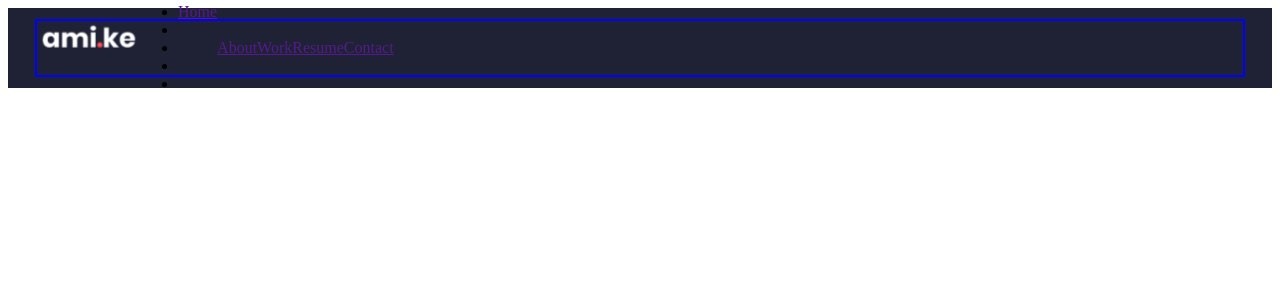
Repository: imokha01/HTML
Page: index.html
An editor plug-in stored every save of this project. The page is shown before and after a run of saves, followed by the edit.
The browser window is 1280 px wide. The pictures show the whole page.

Above is the page before, as saved 2023-11-18 13:09:31.

### index.html
<!DOCTYPE html>
<html lang="en">
<head>
    <meta charset="UTF-8">
    <meta name="viewport" content="width=device-width, initial-scale=1.0">
    <title>My Web Page</title>
    <link rel="stylesheet" href="./index.css">
</head>
<body>
    <!-- NAVIGATION BAR -->
    <header class="banner">
        <div class="nav_bar">
            <a href="#home"><img src="./assets/logo.png" alt="logo" id="logo"></a>
            <nav class="links">
                <ul>
                    <li> <a href="" id="home">Home</a></li>
                    <li></li>
                    <li></li>
                    <li></li>
                    <li></li>
                </ul>

                <a href="">About</a>
                <a href="">Work</a>
                <a href="">Resume</a>
                <a href="">Contact</a>
            </nav>
        </div>
    </header>

      <!-- HOME PAGE-->
      <!-- <div class="home_page">
        <div>
            <div>
                <p>Hello, I'am</p>
                <h1>Ahmed Wahab</h1>
                <span>I am a web developer</span>
                <a href="contact"><button>Get in Touch</button></a>
            </div>
            <div>
                <div>
                    <h2>100</h2>
                    <h4 id="client">HAPPY CLIENTS</h4>
                    <p id="client_response">Lorem ipsum dolor sit amet consectetur, adipisicing elit. Eius sit cupiditate voluptatum veritatis
                        libero id! Quasi a recusandae odio.
                    </p>
                </div>
                <div>
                    <h2>12</h2>
                    <h4 id="awards">AWARDS</h4>
                    <p id="award_discription">Lorem ipsum dolor sit amet, consectetur adipiscing elit, sed do eiusmod tempor incididunt
                        ut labore et dolore magna aliqua.</p>
                </div>
            </div>
        </div>
        <div class="my_image">
            <img src="./assets/image.png" alt="My image">
        </div>
    </div> -->

</body>
</html>

### index.css
head {
    width: 100%;
    height: 100%;
}
.banner {
    background-color: #1f2235;
    display: flex;
    width: 100%;
    height: 80px;
    /* margin: -10px; */
}

.banner > .nav_bar {
    display: flex;
    margin: auto ;
    padding: 3px;
    height: 60%;
    width: 1200px;
   border: 2px solid blue;

}
#logo {
    display: flex;
    justify-content: flex-start;
    align-items: center;
}

.links {
    display: flex;
    justify-content: flex-end;
    align-items: center;
}




}

After the next 4 saves:
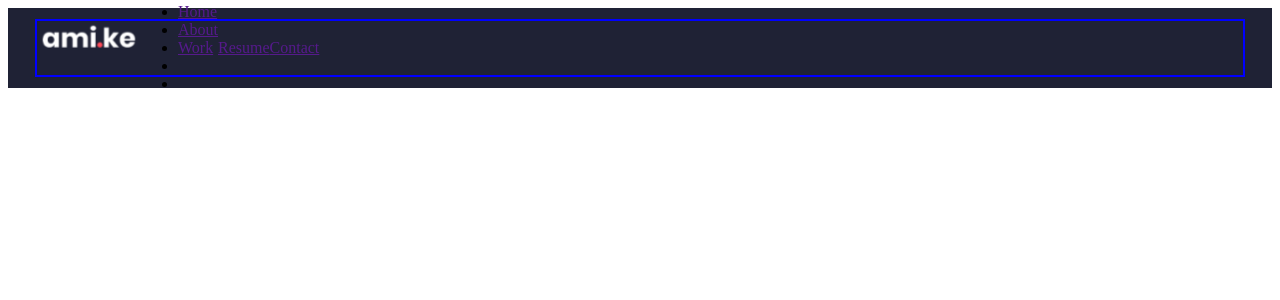
The 4 saves are shown as one change because they came seconds apart.
The last was saved 11 s later.
--- a/index.html
+++ b/index.html
@@ -14,14 +14,14 @@
             <nav class="links">
                 <ul>
                     <li> <a href="" id="home">Home</a></li>
-                    <li></li>
-                    <li></li>
+                    <li> <a href="">About</a></li>
+                    <li> <a href="">Work</a></li>
                     <li></li>
                     <li></li>
                 </ul>
 
-                <a href="">About</a>
-                <a href="">Work</a>
+
+
                 <a href="">Resume</a>
                 <a href="">Contact</a>
             </nav>
